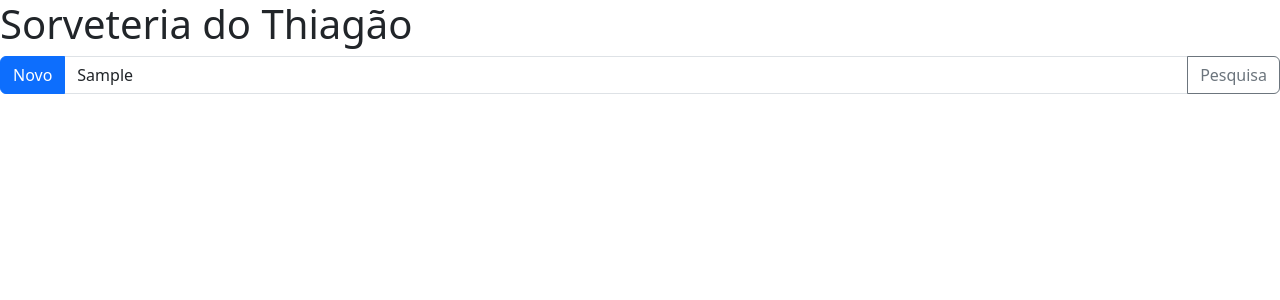
Repository: marcolino-t/Desenvolvimento_Web
Page: OlaMundo2/src/main/webapp/sorveteapi/sorvete.html
The author's editor kept a copy of each file at every save. The page is drawn from the files as they stood at one save, then again after the next save.
The browser window is 1280 px wide. The pictures show the whole page.
Empty fields were first filled with sample values (such as "Sample", 5 or name@example.com).
After loading, the first visible `#button-addon2` was clicked once.
The page's requests for data from a server got no answer.

Above is the page before, as saved 2024-11-28 01:56:40.
Console error: SyntaxError: Invalid or unexpected token

### OlaMundo2/src/main/webapp/sorveteapi/sorvete.html
<!DOCTYPE html>
<html>
<head>
<meta charset="ISO-8859-1">
<link
	href="https://cdn.jsdelivr.net/npm/bootstrap@5.3.3/dist/css/bootstrap.min.css"
	rel="stylesheet"
	integrity="sha384-QWTKZyjpPEjISv5WaRU9OFeRpok6YctnYmDr5pNlyT2bRjXh0JMhjY6hW+ALEwIH"
	crossorigin="anonymous">
<title>Cadastro de Sorvetes</title>
</head>
<body>
	<h1>Sorveteria do Thiagão</h1>
	<div class="input-group mb-3">
		<button type="button" class="btn btn-primary" onclick="novo()">Novo</button>

		<input type="text" class="form-control"
			placeholder="Pesquisa" aria-label="Pesquisa"
			aria-describedby="button-addon2" id="pesquisa">
		<button class="btn btn-outline-secondary" type="button"
			id="button-addon2" onclick="listar()">Pesquisa</button>
	</div>

	<div id="resposta"></div>

	<!-- Modal de cadastro de sorvete -->
	<div class="modal fade" id="formulario" tabindex="-1"
		aria-labelledby="exampleModalLabel" aria-hidden="true">
		<div class="modal-dialog">
			<div class="modal-content">
				<div class="modal-header">
					<h1 class="modal-title fs-5" id="exampleModalLabel">Cadastro de Sorvete</h1>
					<button type="button" class="btn-close" data-bs-dismiss="modal"
						aria-label="Close"></button>
				</div>
				<div class="modal-body">
					<div class="input-group mb-3">
						<span class="input-group-text">Sabor:</span>
						<input id="sabor" type="text" class="form-control">
					</div>
					<div class="input-group mb-3">
						<span class="input-group-text">Tamanho:</span>
						<input id="tamanho" type="text" class="form-control">
					</div>
					<div class="input-group mb-3">
						<span class="input-group-text">Cobertura:</span>
						<input id="cobertura" type="text" class="form-control">
					</div>
					<div class="input-group mb-3">
						<span class="input-group-text">Marca:</span>
						<input id="marca" type="text" class="form-control">
					</div>
					<div class="input-group mb-3">
						<span class="input-group-text">Formato:</span>
						<input id="formato" type="text" class="form-control">
					</div>
					<div class="input-group mb-3">
						<span class="input-group-text">Calorias:</span>
						<input id="calorias" type="text" class="form-control">
					</div>
					<div class="modal-footer">
						<button type="button" class="btn btn-secondary"
							data-bs-dismiss="modal">Cancelar</button>
						<button type="button" class="btn btn-primary" onclick="salvar()">Salvar</button>
					</div>
				</div>
			</div>
		</div>
	</div>

	<!-- Modal de exclusão de sorvete -->
	<div class="modal fade" id="excluir" tabindex="-1"
		aria-labelledby="exampleModalLabel" aria-hidden="true">
		<div class="modal-dialog">
			<div class="modal-content">
				<div class="modal-header">
					<h1 class="modal-title fs-5" id="exampleModalLabel">Excluir Sorvete</h1>
					<button type="button" class="btn-close" data-bs-dismiss="modal"
						aria-label="Close"></button>
				</div>
				<div class="modal-body">Confirmar a Exclusão do registro?</div>
				<div class="modal-footer">
					<button type="button" class="btn btn-secondary"
						data-bs-dismiss="modal">Não</button>
					<button type="button" class="btn btn-primary"
						onclick="excluirsim()">Excluir</button>
				</div>
			</div>
		</div>
	</div>

	<script
		src="https://cdn.jsdelivr.net/npm/bootstrap@5.3.3/dist/js/bootstrap.bundle.min.js"
		integrity="sha384-YvpcrYf0tY3lHB60NNkmXc5s9fDVZLESaAA55NDzOxhy9GkcIdslK1eN7N6jIeHz"
		crossorigin="anonymous"></script>

	<script>
		// Variáveis para manipular os modais
		const modal = new bootstrap.Modal('#formulario');
		const modalexcluir = new bootstrap.Modal('#excluir');
		let idatual = 0;

		// Função para listar sorvetes
		function listar(){
			document.getElementById("resposta").innerHTML = "Aguarde... Carregando...";
			let pesquisa = document.getElementById("pesquisa").value;
			fetch("../SorveteAPI?pesquisa=" + pesquisa)
				.then(resp => resp.json())
				.then(dados => mostrar(dados));

			function mostrar(dados){
				let tab = "<table class='table table-hover'><thead><tr>"
					+ "<th>ID</th><th>Sabor</th><th>Tamanho</th><th>Cobertura</th><th>Marca</th><th>Formato</th><th>Calorias</th><th>Ações</th>"
					+ "</tr></thead><tbody>";

				for (let i in dados){
					tab += "<tr><td>" + dados[i].idsorvete + "</td>"
					+ "<td>" + dados[i].sabor + "</td>"
					+ "<td>" + dados[i].tamanho + "</td>"
					+ "<td>" + dados[i].cobertura + "</td>"
					+ "<td>" + dados[i].marca + "</td>"
					+ "<td>" + dados[i].formato + "</td>"
					+ "<td>" + dados[i].calorias + "</td>"
					+ "<td><a href='#' onclick='alterar(" + dados[i].idsorvete + ")'>Editar</a> | "
					+ "<a href='#' onclick='excluir(" + dados[i].idsorvete + ")'>Excluir</a>
					+ </td></tr>";
				}
				tab += "</tbody></table>";
				document.getElementById("resposta").innerHTML = tab;
			}
		}

		// Função para iniciar um novo cadastro de sorvete
		function novo(){
			idatual = -1;
			document.getElementById("sabor").value = "";
			document.getElementById("tamanho").value = "";
			document.getElementById("cobertura").value = "";
			document.getElementById("marca").value = "";
			document.getElementById("formato").value = "";
			document.getElementById("calorias").value = "";
			modal.show();
		}

		// Função para salvar ou alterar um sorvete
		function salvar(){
			let sorvete = {
				sabor: document.getElementById("sabor").value,
				tamanho: document.getElementById("tamanho").value,
				cobertura: document.getElementById("cobertura").value,
				marca: document.getElementById("marca").value,
				formato: document.getElementById("formato").value,
				calorias: document.getElementById("calorias").value
			};
			let body = JSON.stringify(sorvete);
			let endereco = "../SorveteAPI";
			let metodo = "POST";

			if (idatual > 0){
				endereco = "../SorveteAPI/" + idatual;
				metodo = "PUT";
			}

			fetch(endereco, { method: metodo, body: body })
				.then(resp => resp.json())
				.then(resposta => {
					alert(resposta.mensagem);
					modal.hide();
					listar();
				});
		}

		// Função para carregar os dados de um sorvete para edição
		function alterar(idsorvete){
			idatual = idsorvete;
			fetch("../SorveteAPI/" + idsorvete)
				.then(resp => resp.json())
				.then(resposta => {
					document.getElementById("sabor").value = resposta.sabor;
					document.getElementById("tamanho").value = resposta.tamanho;
					document.getElementById("cobertura").value = resposta.cobertura;
					document.getElementById("marca").value = resposta.marca;
					document.getElementById("formato").value = resposta.formato;
					document.getElementById("calorias").value = resposta.calorias;
					modal.show();
				});
		}

		// Função para excluir um sorvete
		function excluir(idsorvete){
			idatual = idsorvete;
			modalexcluir.show();
		}

		// Função para confirmar a exclusão de um sorvete
		function excluirsim(){
			fetch("../SorveteAPI/" + idatual, { method: "DELETE" })
				.then(resp => resp.json())
				.then(resposta => {
					alert(resposta.mensagem);
					modalexcluir.hide();
					listar();
				});
		}
	</script>
</body>
</html>

After the next save:
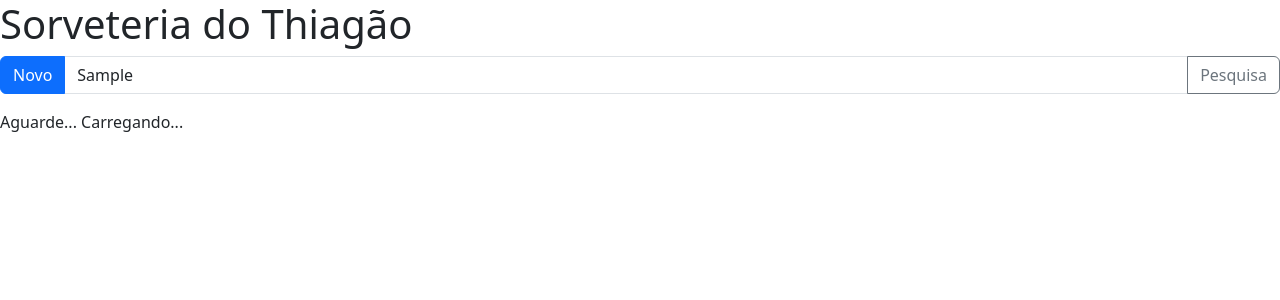
The error is gone.
Saved 13 s later.
--- a/OlaMundo2/src/main/webapp/sorveteapi/sorvete.html
+++ b/OlaMundo2/src/main/webapp/sorveteapi/sorvete.html
@@ -122,8 +122,7 @@
 					+ "<td>" + dados[i].formato + "</td>"
 					+ "<td>" + dados[i].calorias + "</td>"
 					+ "<td><a href='#' onclick='alterar(" + dados[i].idsorvete + ")'>Editar</a> | "
-					+ "<a href='#' onclick='excluir(" + dados[i].idsorvete + ")'>Excluir</a>
-					+ </td></tr>";
+					+ "<a href='#' onclick='excluir(" + dados[i].idsorvete + ")'>Excluir</a>    </td></tr>";
 				}
 				tab += "</tbody></table>";
 				document.getElementById("resposta").innerHTML = tab;
